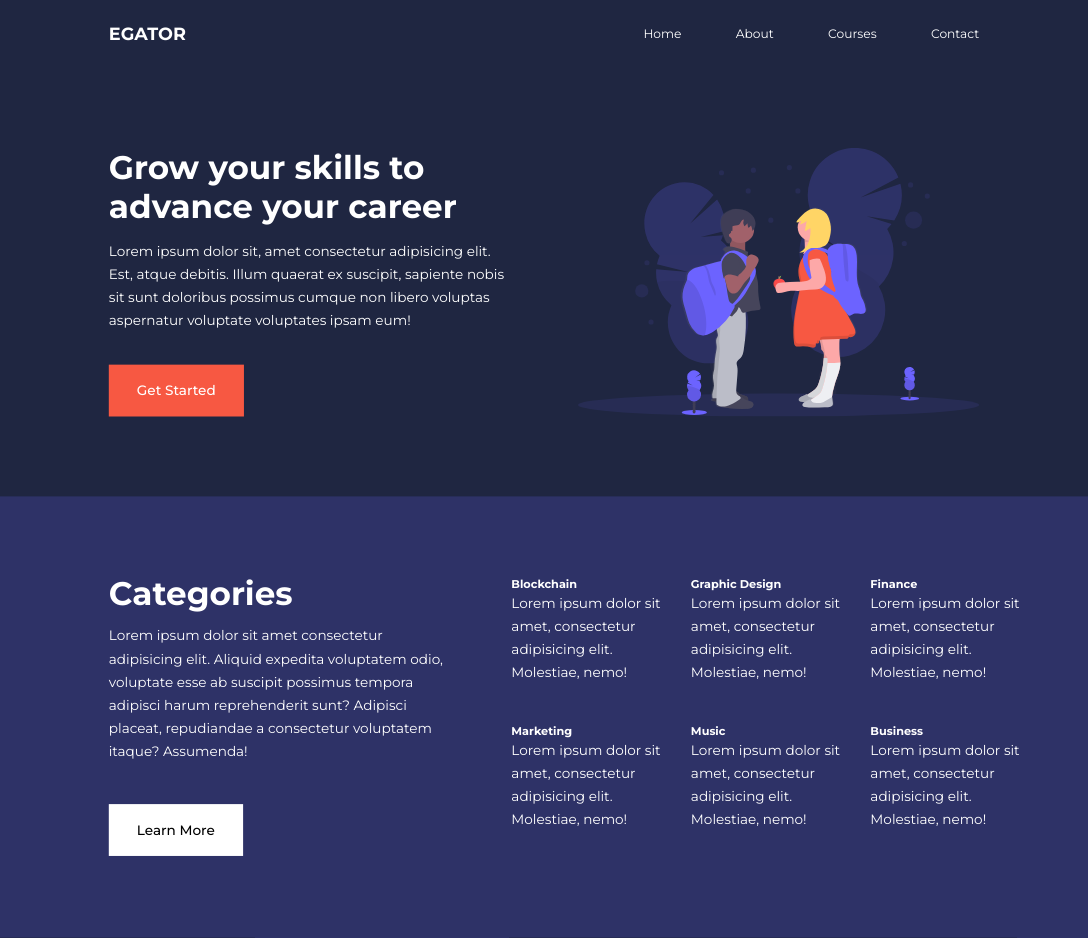
Repository: QUANGTHAI2003/education-web
Page: index.html
An editor plug-in stored every save of this project. The page is shown before and after the next save, followed by the edit.
The browser window is 1280 px wide. The pictures show the whole page, at 85% of full size.
Some icons come from a web library that is not loaded, so they are not drawn.

Above is the page before, as saved 2022-03-11 11:51:33.

After the next save:
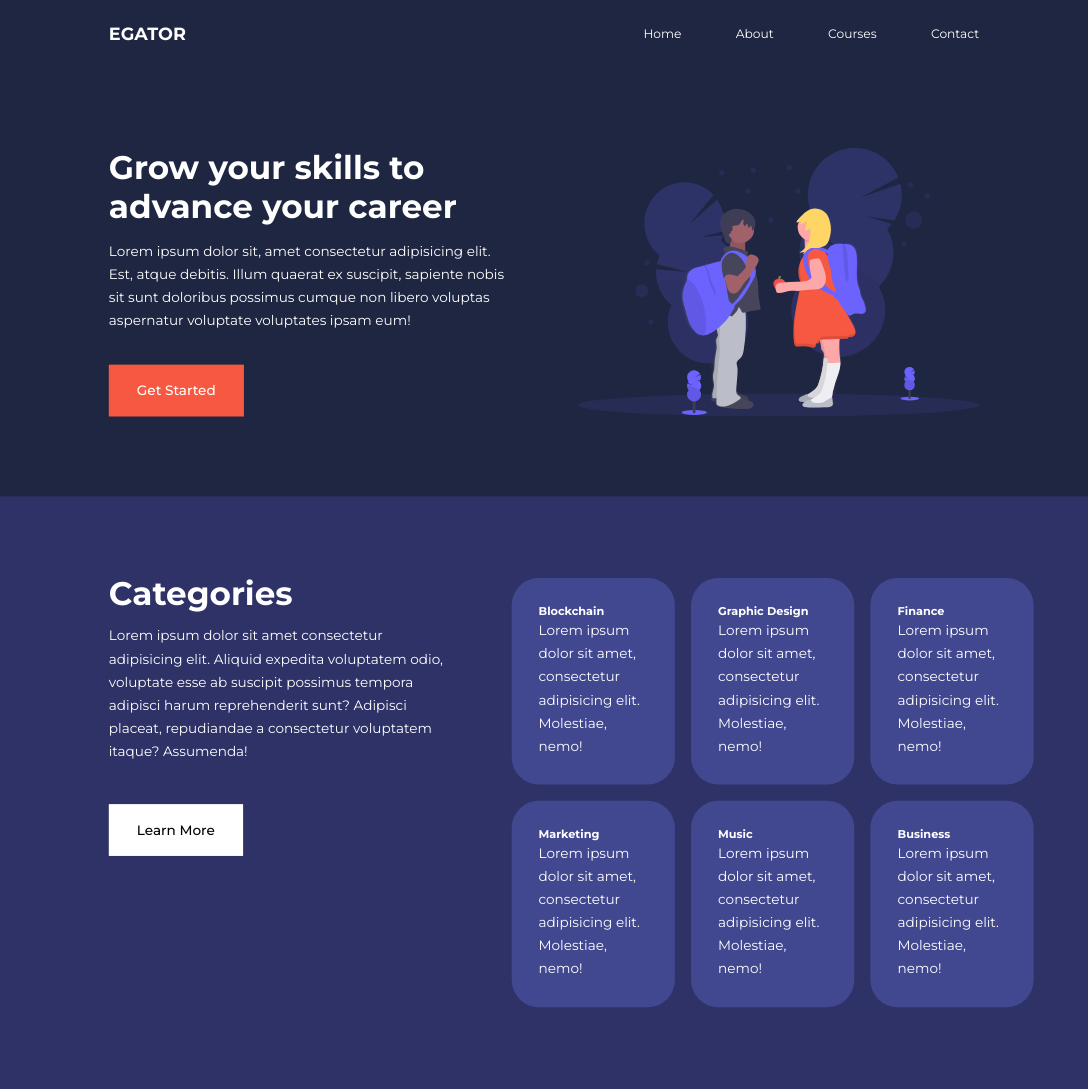
Saved 60 s later.
--- a/css/style.css
+++ b/css/style.css
@@ -185,3 +185,10 @@ header {
     grid-template-columns: repeat(3, 1fr);
     gap: 1.2rem;
 }
+
+.category {
+    background: var(--color-bg2);
+    padding: 2rem;
+    border-radius: 2rem;
+    transition: var(--transition);
+}
